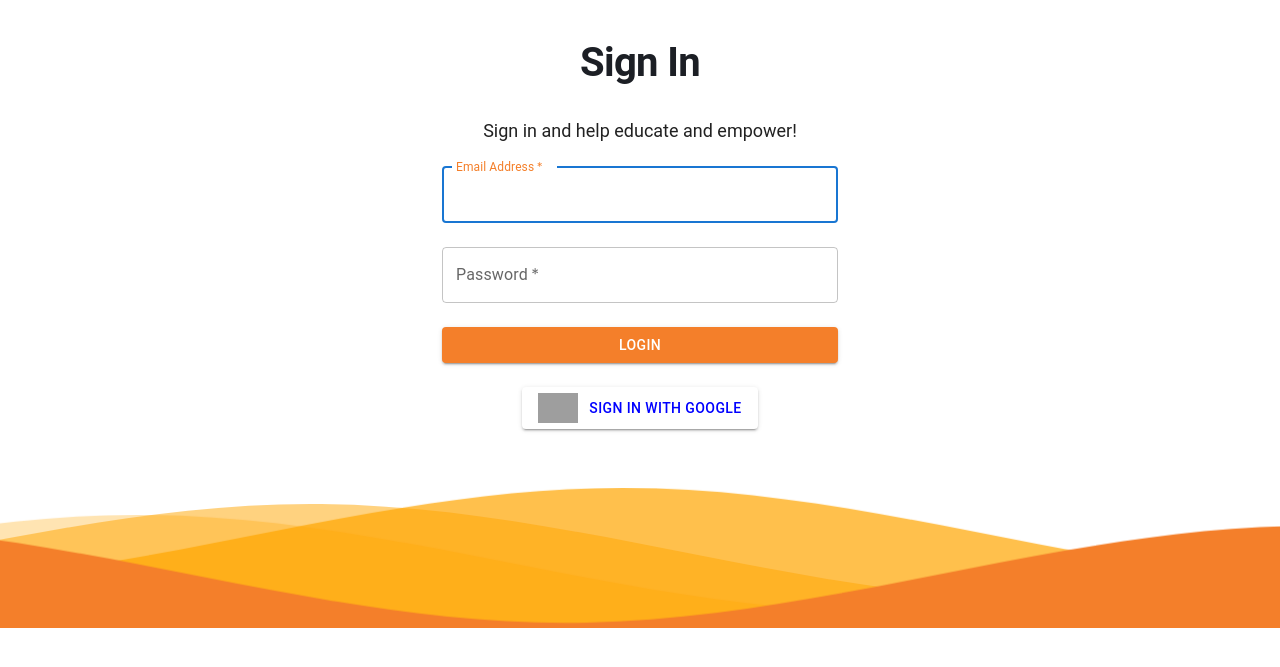
Repository: shubhampirate/Google_Solutions_Edural
Page: /
An editor plug-in stored every save of this project. The page is shown before and after the next save, followed by the edit.
The browser window is 1280 px wide. The pictures show the whole page.
Pictures or frames that could not be fetched are drawn as grey boxes. The project was rebuilt for these pictures with package versions that can differ from the ones it lists, and the page was loaded fresh each time. Some packages were replaced by stand-ins written for this rebuild. Also part of the build but not shown: src/Components/CustomButton.jsx, src/Components/Navbar.jsx, src/Components/Footer.jsx, src/Components/CongratsCard.jsx, src/pages/Hero/Hero.jsx.

Above is the page before, as saved 2024-02-03 00:02:06.

After the next save:
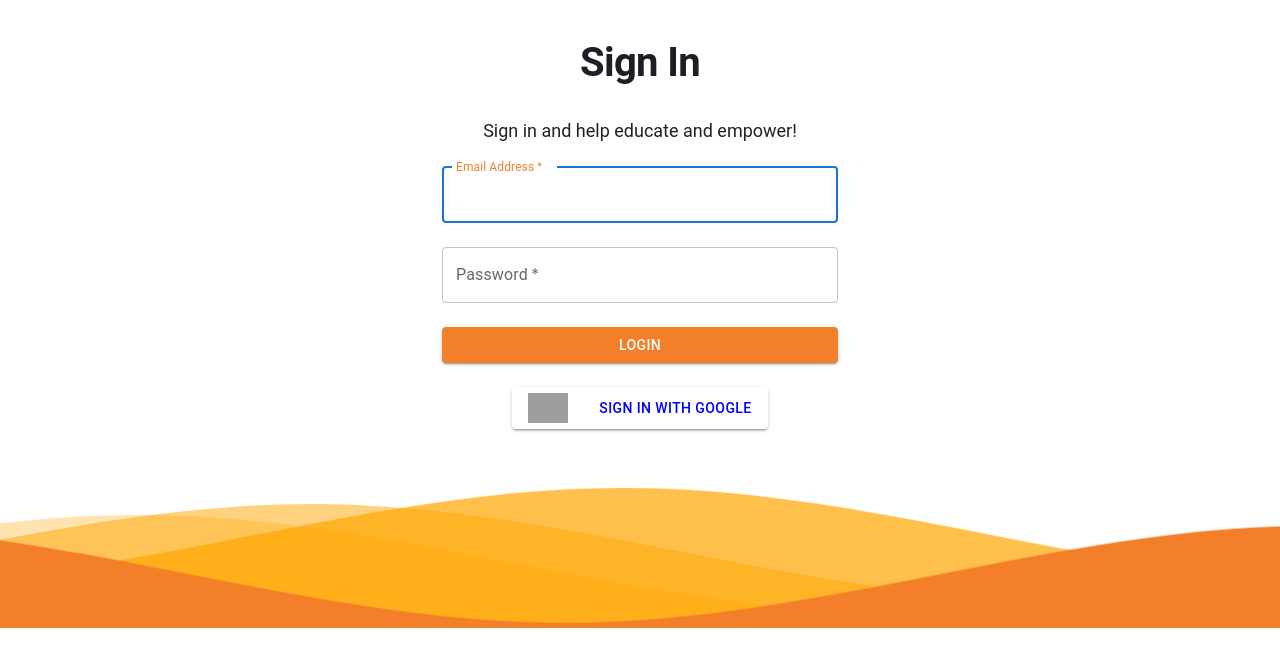
Saved 35 s later.
--- a/src/pages/Sign_in.jsx
+++ b/src/pages/Sign_in.jsx
@@ -199,7 +199,7 @@ export default function SignIn() {
       alt="Google Icon"
       style={{ width: '40px', height: '100%', marginRight: '10px' }}
     />
-    <Divider orientation="vertical" sx={{ height: '80%' }} />
+   <div style={{ height: '80%', borderRight: '1px solid black', margin: '0 10px' }}></div>
     Sign In with Google
   </Button>
 </Box>
